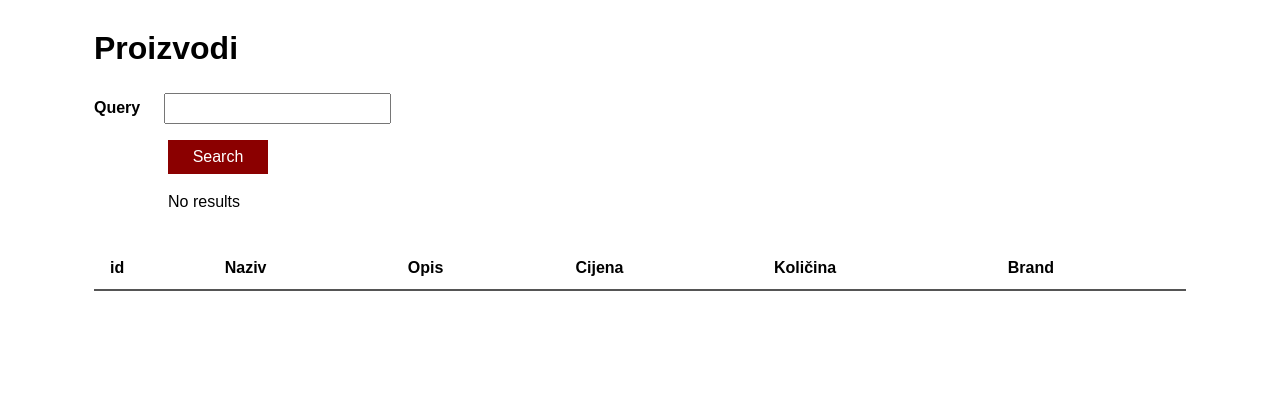
Repository: ivan-baljkas/pristupni_zadatak
Page: / (app in frontend/react-akademija-master/)
These files come from the project's save history. The page is drawn as it stood at one moment and after the next save; the edit follows.
The browser window is 1280 px wide. The pictures show the whole page.
The page's requests for data from a server got no answer. The project was rebuilt for these pictures with package versions that can differ from the ones it lists, and the page was loaded fresh each time. No one was signed in, and anything a server would have sent is missing. Also part of the build but not shown: frontend/react-akademija-master/src/components/TableItem.jsx.

Above is the page before, as saved 2021-07-26 03:38:08.

### frontend/react-akademija-master/public/index.html
<!DOCTYPE html>
<html lang="en">
  <head>
    <meta charset="utf-8" />
    <link rel="icon" href="%PUBLIC_URL%/favicon.ico" />
    <meta name="viewport" content="width=device-width, initial-scale=1" />
    <meta name="theme-color" content="#000000" />
    <meta
      name="description"
      content="Web site created using create-react-app"
    />
    <link rel="apple-touch-icon" href="%PUBLIC_URL%/logo192.png" />
    <!--
      manifest.json provides metadata used when your web app is installed on a
      user's mobile device or desktop. See https://developers.google.com/web/fundamentals/web-app-manifest/
    -->
    <link rel="manifest" href="%PUBLIC_URL%/manifest.json" />
    <!--
      Notice the use of %PUBLIC_URL% in the tags above.
      It will be replaced with the URL of the `public` folder during the build.
      Only files inside the `public` folder can be referenced from the HTML.

      Unlike "/favicon.ico" or "favicon.ico", "%PUBLIC_URL%/favicon.ico" will
      work correctly both with client-side routing and a non-root public URL.
      Learn how to configure a non-root public URL by running `npm run build`.
    -->
    <link rel="stylesheet" type="text/css" href="https://cdnjs.cloudflare.com/ajax/libs/normalize/8.0.1/normalize.min.css">
    <title>Ivan Baljkas</title>
  </head>
  <body>
    <noscript>You need to enable JavaScript to run this app.</noscript>
    <div id="root"></div>
    <!--
      This HTML file is a template.
      If you open it directly in the browser, you will see an empty page.

      You can add webfonts, meta tags, or analytics to this file.
      The build step will place the bundled scripts into the <body> tag.

      To begin the development, run `npm start` or `yarn start`.
      To create a production bundle, use `npm run build` or `yarn build`.
    -->
  </body>
</html>

### frontend/react-akademija-master/src/index.css
body {
  margin: 0;
  font-family: -apple-system, BlinkMacSystemFont, "Segoe UI", "Roboto", "Oxygen",
    "Ubuntu", "Cantarell", "Fira Sans", "Droid Sans", "Helvetica Neue",
    sans-serif;
  -webkit-font-smoothing: antialiased;
  -moz-osx-font-smoothing: grayscale;
}

body {
  max-width: 1140px;
  margin: 0 auto;
  padding: 24px;
  font-family: Arial, sans-serif;
  font-size: 16px;
  line-height: 1.5;
}

h1 {
  margin-top: 0;
}

html {
  box-sizing: border-box;
}
*,
*:before,
*:after {
  box-sizing: inherit;
}

table {
  border-collapse: collapse;
  text-align: left;
  margin-bottom: 2em;
  width: 100%;
}

thead {
  border-bottom: 2px solid #555;
}

thead th,
td {
  padding: 0.6em 1em;
}

tbody tr:nth-child(even) {
  background-color: #e9e9e9;
}

.pagination {
  text-align: center;
}

button {
  margin: 0 1.5em;
  background-color: darkred;
  color: white;
  border-width: 0;
  padding: 0.5em 1em;
  min-width: 100px;
}

button:disabled {
  opacity: 0.5;
}

.stats {
  border-bottom: 1px solid #555;
  padding-bottom: 1em;
  margin-bottom: 1em;
  text-align: center;
}

form div {
  margin-bottom: 1em;
}

form {
  margin-bottom: 2em;
}

form label {
  display: inline-block;
  min-width: 70px;
}

form button,
.result {
  margin-left: 74px;
}

form input {
  padding: 0.25em 0.5em;
}

form label {
  font-weight: bold;
}

### frontend/react-akademija-master/src/App.js
import React, {useState, useEffect} from "react";
import { SearchForm } from "./components/SearchForm";
import { CollectionTable } from "./components/CollectionTable";
import { TableItem } from "./components/TableItem";

const App = () => {

  const [state, setState]= useState({
      proizvodi:[],
      brandovi: [],
      searchQuery:'',
      brand:''
  });

  const [queryResult, setQueryResult]= useState('No results');


  /* Dohvaćanje proizvoda */
useEffect(() => {
  fetch(`http://localhost:8080/api/proizvod`)
    .then((data) => data.json())
    .then((data) => {
      console.log(data)
      setState({...state, proizvodi:data})
    })
    .catch((error)=>{
        console.log('Error: ',error);
    });

    fetch(`http://localhost:8080/api/brand`)
    .then((data) => data.json())
    .then((data) => {
      console.log(data)
      setState({...state, brandovi:data})
    })
    .catch((error)=>{
        console.log('Error: ',error);
    });
}, []);

const handleSearch = (event) => {
  event.preventDefault();
  fetch(
    `https://api.discogs.com/database/search?q=${state.searchQuery}&key=OxnCHJEetGbikaamOyaK&secret=wQCIuWuanmRVVeWqNVFWMfSJldHbqnAi`
  )
    .then((data) => data.json())
    .then((data) => {
      setQueryResult(
        Boolean(data.results.length) ? data.results[0].title : "No results"
      );
    });
};

const handleQueryChange = (event) => {
  const value = event.currentTarget.value;
  setState({ ...state, searchQuery: value });
  };


const handlePrevious = (event) => {
  event.preventDefault();
  const newPage = state.currentPage - 1;

  setState({...state, currentPage:newPage})


};

const handleNext = (event) => {
  event.preventDefault();
  const newPage = state.currentPage + 1;

  setState({...state, currentPage:newPage})
};

const handleDodajProizvod = (event) => {
  console.log("hello")
};




  return (
    <div>
      <header>
        <h1>
          Proizvodi
        </h1>
      </header>
      <SearchForm state={state}  handleSearch={handleSearch} handleQueryChange={handleQueryChange}>
          {queryResult}
        </SearchForm>
        <CollectionTable>
        {state.proizvodi.map(proizvod=>(
          <TableItem id={proizvod.id} {...proizvod} brandovi={state.brandovi} handleDodajProizvod={handleDodajProizvod}/>
        ))}
        </CollectionTable>
    </div>
  );
};

export default App;

### frontend/react-akademija-master/src/components/SearchForm.jsx
import React from 'react'

export const SearchForm = (props) =>{

    return(
        <div>
            <form  onClick={props.handleSearch}>
            <div>

                <label htmlFor="query">Query </label>
                <input type="text" id="query" name="query" onChange={props.handleQueryChange}/>
            </div>
            <div>
                <button type="submit">Search</button>
                <p class="result">{props.children}</p>
            </div>

            </form>

        </div>
    );
};

### frontend/react-akademija-master/src/components/CollectionTable.jsx
import React from 'react'

export const CollectionTable = (props) =>{

    return(
        <div>
            <table>
            <thead>
                <tr>
                    <th>id</th>
                    <th>Naziv</th>
                    <th>Opis</th>
                    <th>Cijena</th>
                    <th>Količina</th>
                    <th>Brand</th>
                </tr>
            </thead>
             <tbody>
                {props.children}
            </tbody>

            </table>
        </div>
    );
};

Loaded but not shown: frontend/react-akademija-master/src/index.js (common file); frontend/react-akademija-master/src/reportWebVitals.js (common file)

After the next save:
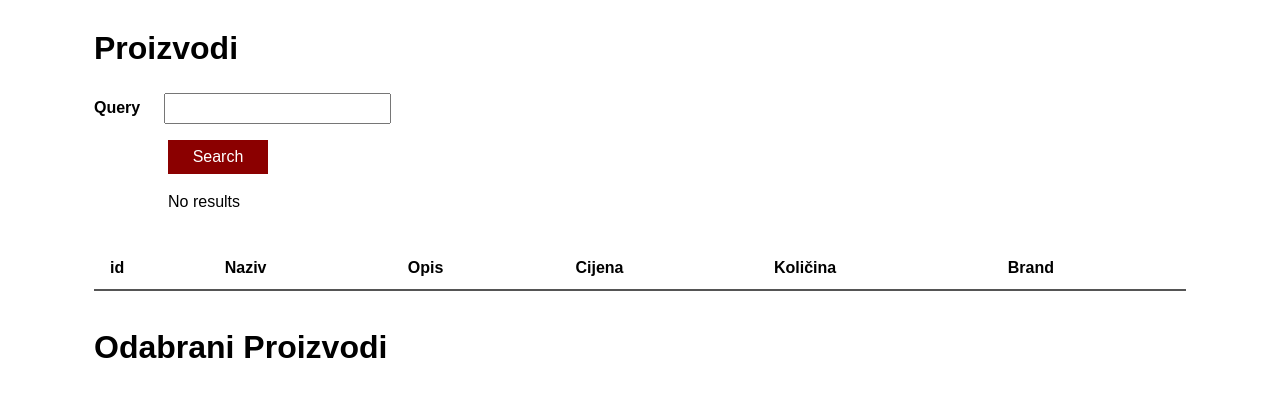
Saved 61 s later.
--- a/frontend/react-akademija-master/src/App.js
+++ b/frontend/react-akademija-master/src/App.js
@@ -7,6 +7,7 @@ const App = () => {
 
   const [state, setState]= useState({
       proizvodi:[],
+      odabraniProizvodi:[],
       brandovi: [],
       searchQuery:'',
       brand:''
@@ -95,6 +96,9 @@ const handleDodajProizvod = (event) => {
           <TableItem id={proizvod.id} {...proizvod} brandovi={state.brandovi} handleDodajProizvod={handleDodajProizvod}/>
         ))}
         </CollectionTable>
+        <h1>
+          Odabrani Proizvodi
+        </h1>
     </div>
   );
 };
